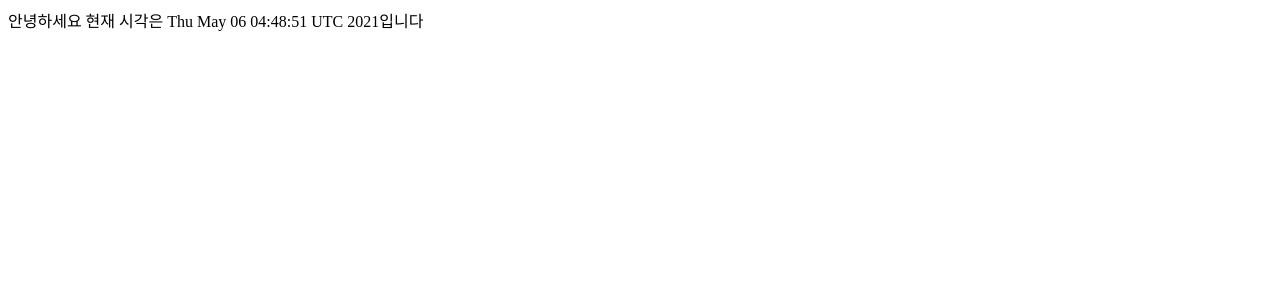
Repository: jemin7709/InternetProgramming2
Page: http://localhost/Pj/hidden.jsp
These files come from the project's save history. The page is drawn as it stood at one moment and after the next save; the edit follows.
The browser window is 1280 px wide. The pictures show the whole page.
The page is served by Tomcat 9.

Above is the page before, as saved 2021-05-06 04:54:07.

### Pj/WebContent/hidden.jsp
<%@page import="java.util.Date"%>
<%@ page language="java" contentType="text/html; charset=UTF-8"
    pageEncoding="UTF-8"%>
<!DOCTYPE html PUBLIC "-//W3C//DTD HTML 4.01 Transitional//EN" "http://www.w3.org/TR/html4/loose.dtd">
<html>
<head>
<meta http-equiv="Content-Type" content="text/html; charset=UTF-8">
<title>Insert title here</title>
</head>
<body>
	<%
		System.out.println("날짜를 출력한다");
		Date date = new Date();
	%>
	안녕하세요 현재 시각은 <%=date %>입니다
</body>
</html>

After the next save:
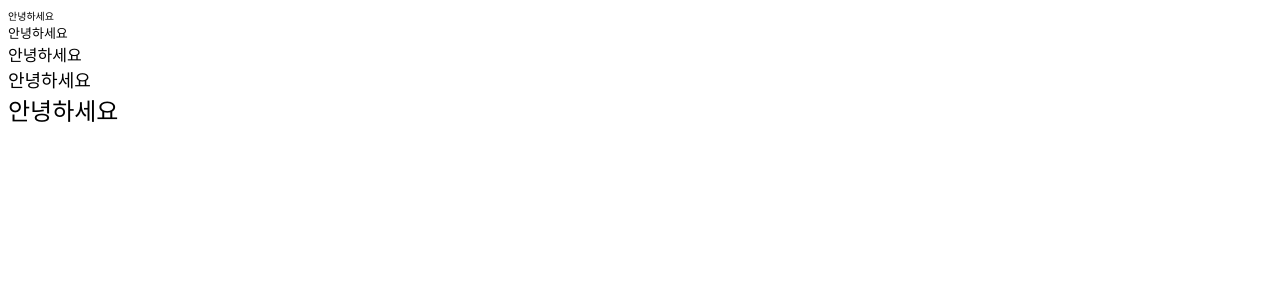
Saved 4 min 14 s later.
--- a/Pj/WebContent/hidden.jsp
+++ b/Pj/WebContent/hidden.jsp
@@ -9,9 +9,11 @@
 </head>
 <body>
 	<%
-		System.out.println("날짜를 출력한다");
-		Date date = new Date();
+	for(int fontSize=1;fontSize<6;fontSize++){
 	%>
-	안녕하세요 현재 시각은 <%=date %>입니다
+	<font size="<%=fontSize%>">
+	안녕하세요
+	</font><br>
+	<%} %>
 </body>
 </html>
